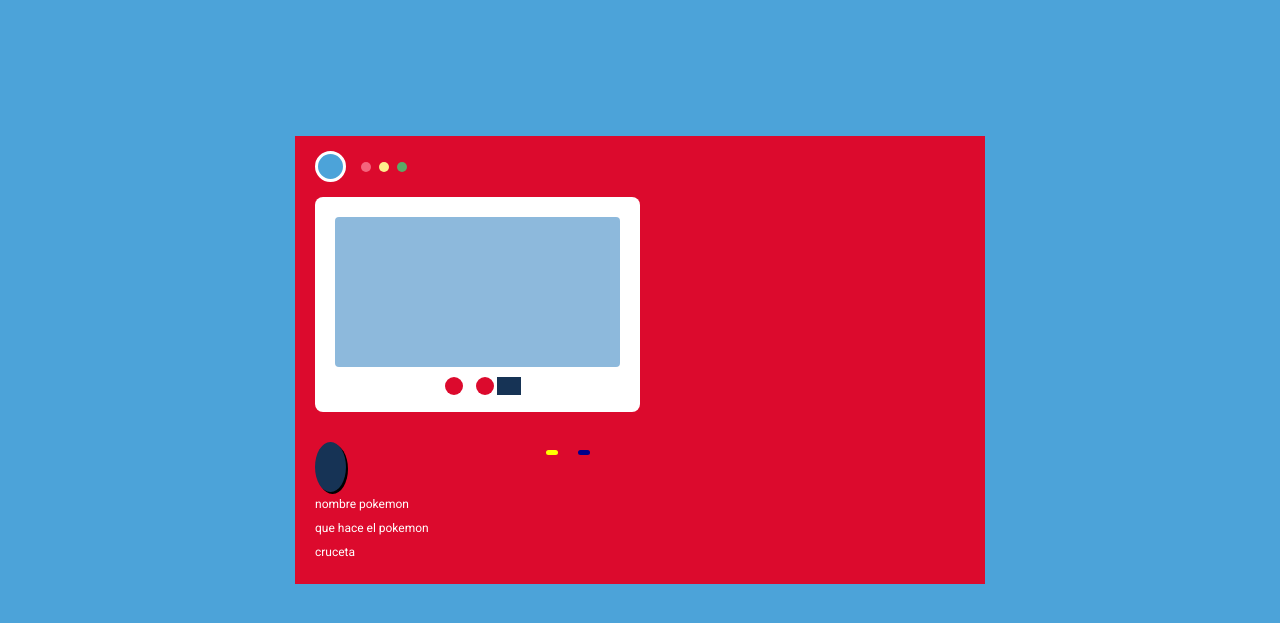
Repository: darkmantiz2/pokedex
Page: index.html
These files come from the project's save history. The page is drawn as it stood at one moment and after the next save; the edit follows.
The browser window is 1280 px wide. The pictures show the whole page.

Above is the page before, as saved 2022-01-19 18:03:27.

After the next save:
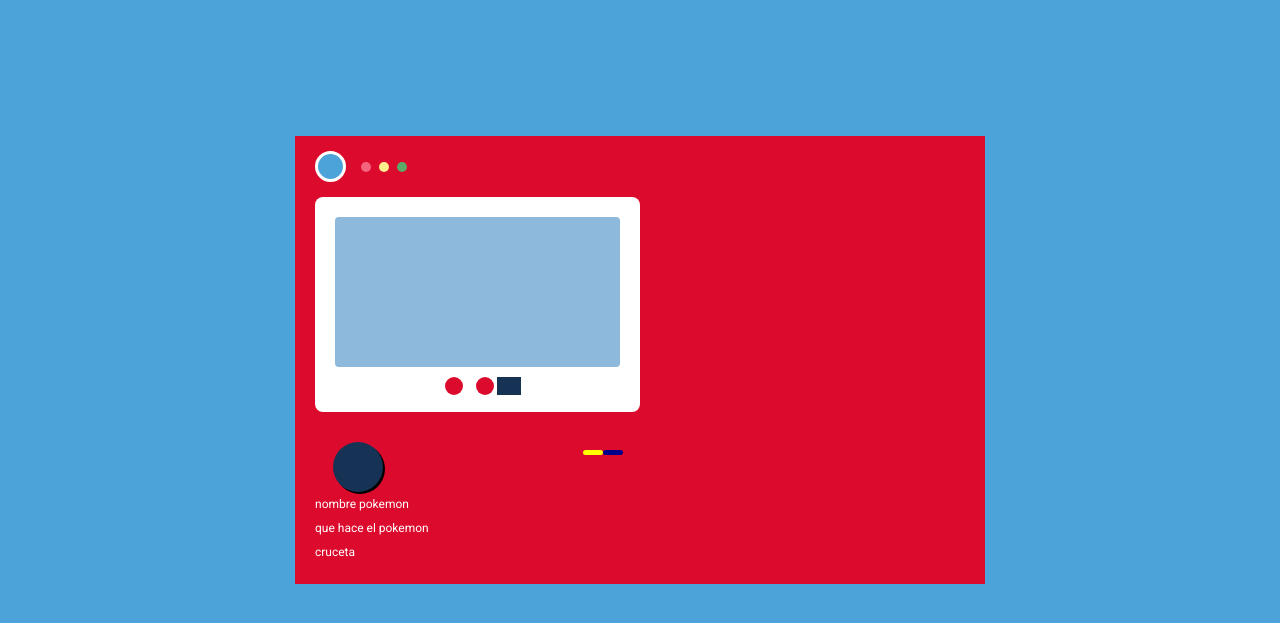
Saved 4 min 33 s later.
--- a/css/index.css
+++ b/css/index.css
@@ -153,7 +153,6 @@
   height: 5px;
   border-radius: 4px;
   background: yellow;
-  margin-right: 20px;
 }
 
 .pokedex-buttons-darkblue{
@@ -161,5 +160,4 @@
   height: 5px;
   border-radius: 4px;
   background: darkblue;
-  margin-right: 50px;
 }
